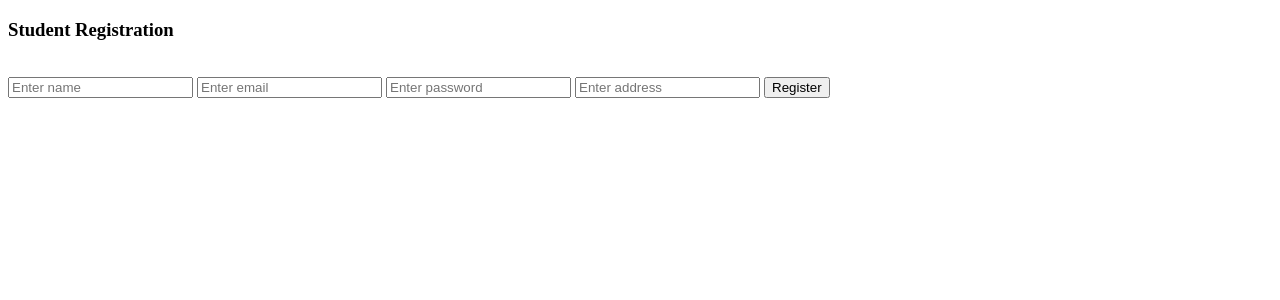
Repository: shubham71099/jdbc_mvc
Page: mvcjdbcexam/src/main/webapp/register.html
An editor plug-in stored every save of this project. The page is shown before and after the next save, followed by the edit.
The browser window is 1280 px wide. The pictures show the whole page.

Above is the page before, as saved 2024-06-02 08:03:40.

### mvcjdbcexam/src/main/webapp/register.html
<!DOCTYPE html>
<html>
<head>
<meta charset="ISO-8859-1">
<title>Register</title>
</head>
<body>
	<h3>Student Registration </h3><br>
	<form action="" method="post">
		<input type="text" name="name" placeholder="Enter name">
		<input type="text" name="email" placeholder="Enter email">
		<input type="password" name="password" placeholder="Enter password">
		<input type="text" name="address" placeholder="Enter address">
		<input type="submit" value="Register">

	</form>
</body>
</html>

After the next save:
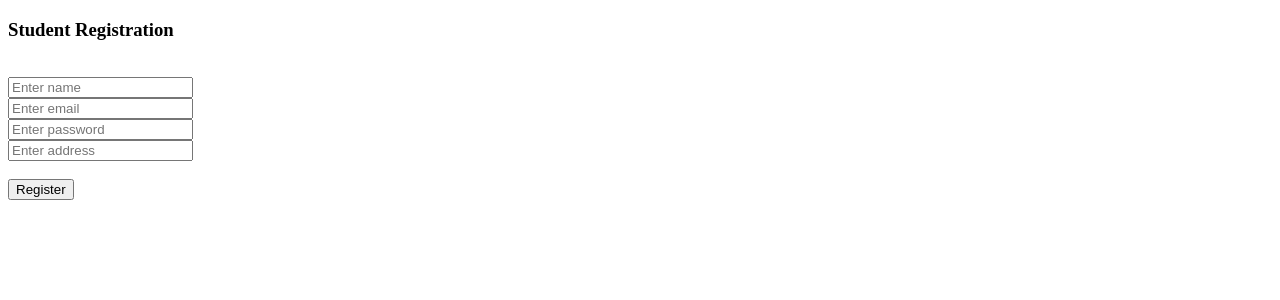
Saved 11 s later.
--- a/mvcjdbcexam/src/main/webapp/register.html
+++ b/mvcjdbcexam/src/main/webapp/register.html
@@ -7,10 +7,10 @@
 <body>
 	<h3>Student Registration </h3><br>
 	<form action="" method="post">
-		<input type="text" name="name" placeholder="Enter name">
-		<input type="text" name="email" placeholder="Enter email">
-		<input type="password" name="password" placeholder="Enter password">
-		<input type="text" name="address" placeholder="Enter address">
+		<input type="text" name="name" placeholder="Enter name"><br>
+		<input type="text" name="email" placeholder="Enter email"><br>
+		<input type="password" name="password" placeholder="Enter password"><br>
+		<input type="text" name="address" placeholder="Enter address"><br><br>
 		<input type="submit" value="Register">
 
 	</form>
